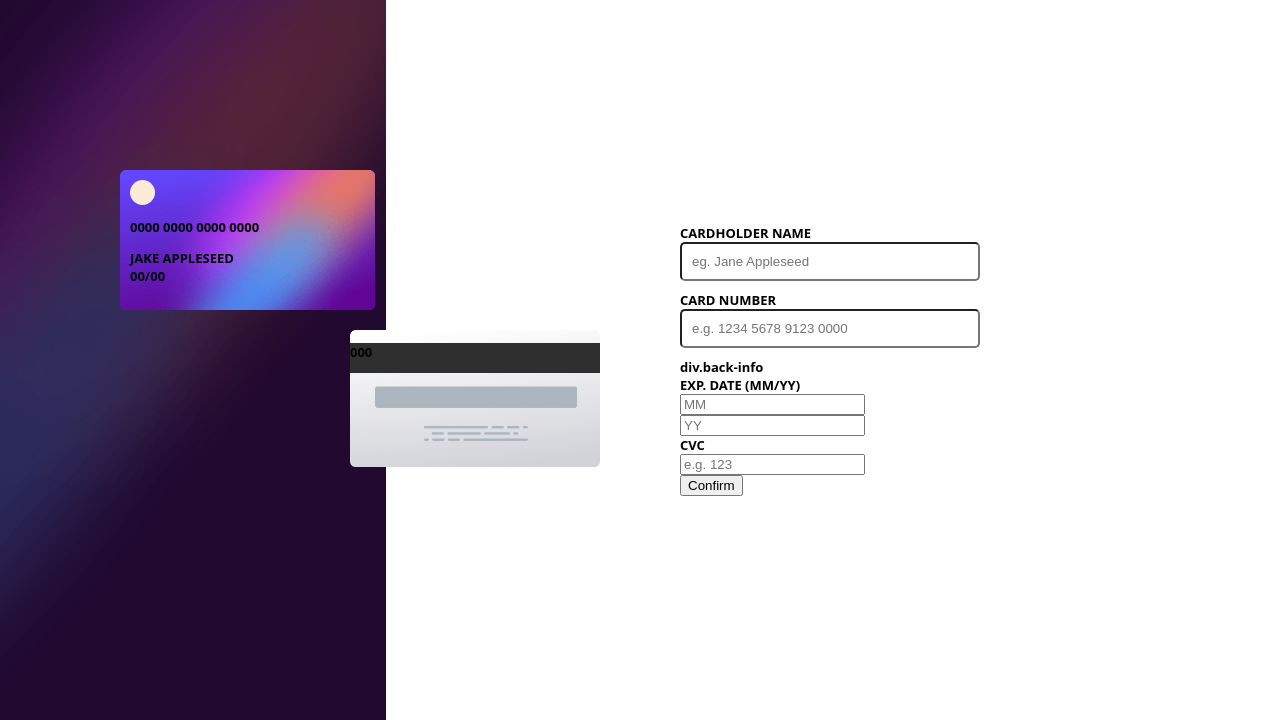
Repository: Celebration-cloud/my-project
Page: interactive-card-details-form-main/index.html
The author's editor kept a copy of each file at every save. The page is drawn from the files as they stood at one save, then again after a run of saves.
The browser window is 1280 px wide. The pictures show the whole page.

Above is the page before, as saved 2023-08-23 00:54:59.

After the next 2 saves:
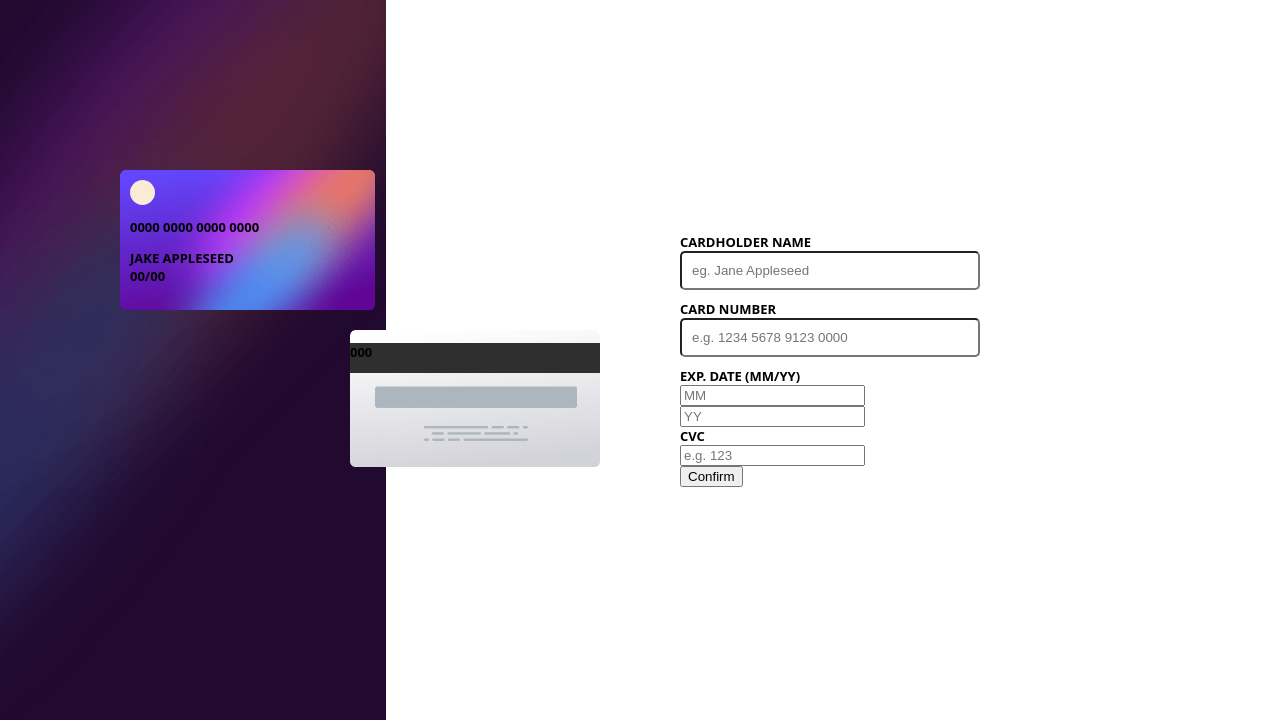
The 2 saves are shown as one change because they came seconds apart.
The last was saved 10 s later.
--- a/interactive-card-details-form-main/index.html
+++ b/interactive-card-details-form-main/index.html
@@ -43,7 +43,9 @@
           <div class="date">
 
           </div>
-          div.back-info
+          <div class="back-info">
+
+          </div>
         </div>
         <label for="expire-date" id="expire-date-label">EXP. DATE (MM/YY)</label><br/>
         <input name="expire-date" id="expire-date" type="tel" aria-required="false" placeholder="MM" required/><br/>
